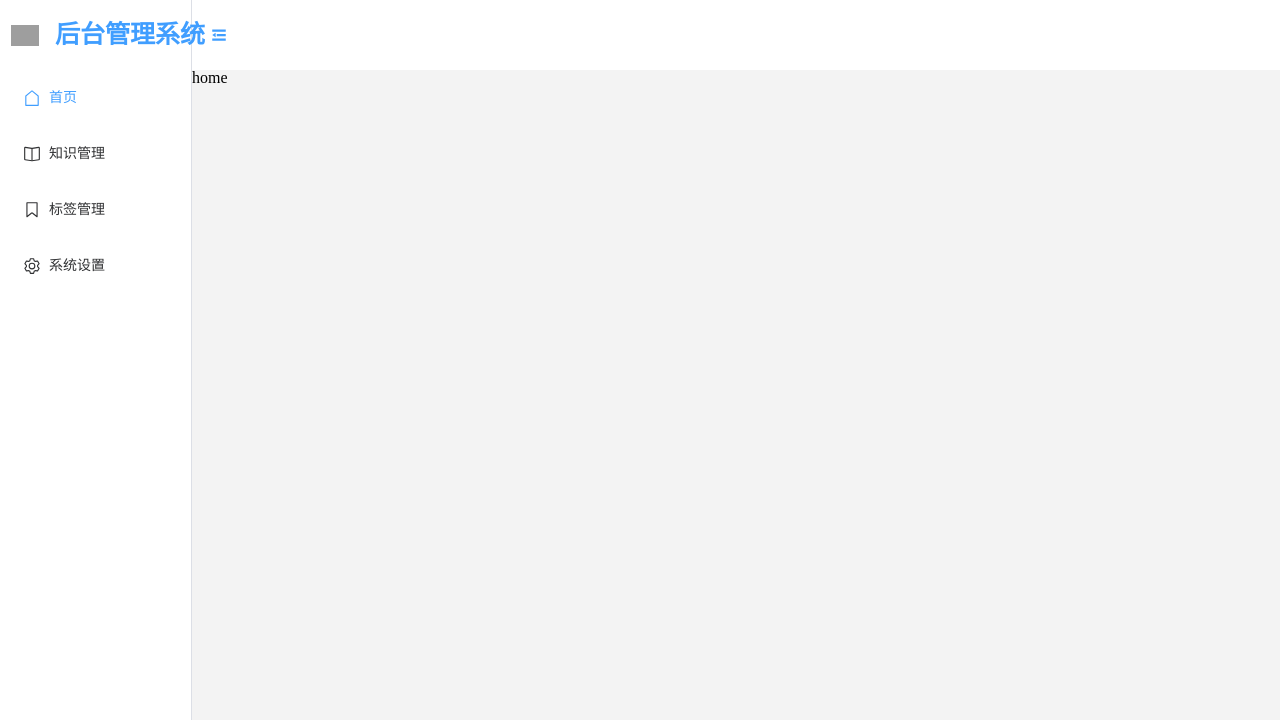
Repository: serrrN/admin
Page: /
An editor plug-in stored every save of this project. The page is shown before and after the next save, followed by the edit.
The browser window is 1280 px wide. The pictures show the whole page.
Pictures or frames that could not be fetched are drawn as grey boxes. The project was rebuilt for these pictures with package versions that can differ from the ones it lists, and the page was loaded fresh each time. Also part of the build but not shown: vite.config.ts, src/styles/index.scss.

Above is the page before, as saved 2024-06-05 17:22:13.

After the next save:
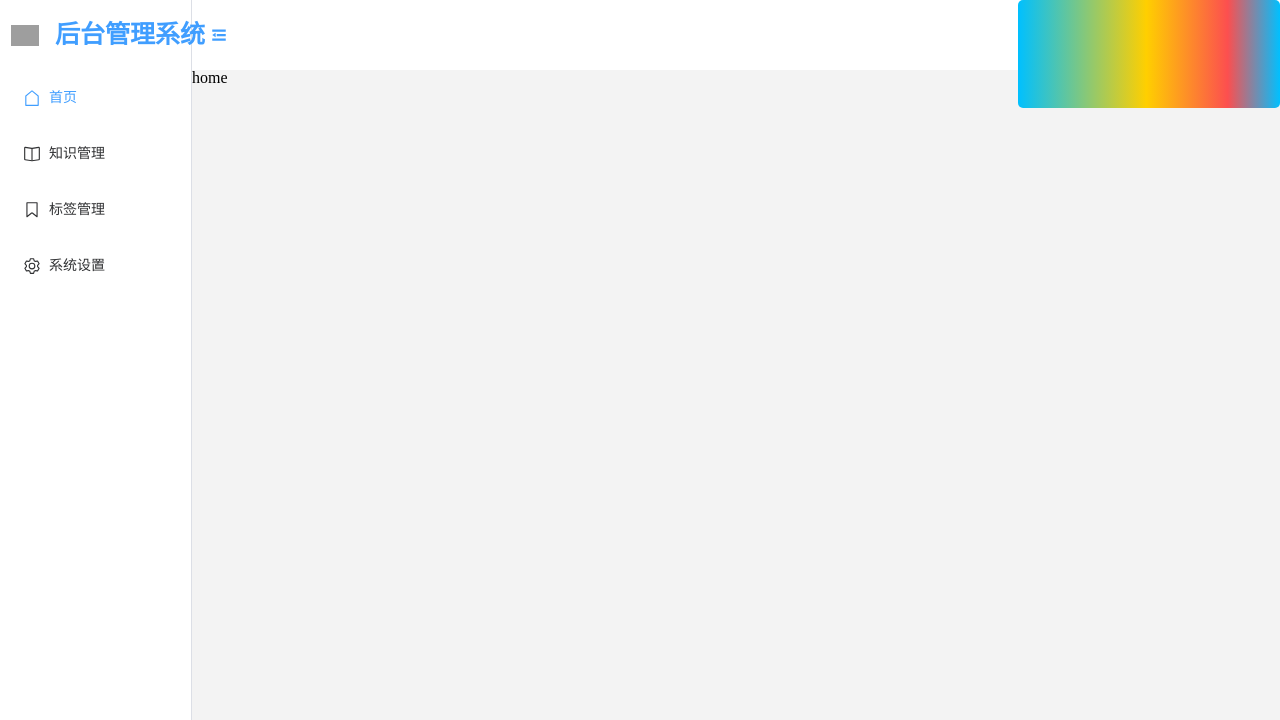
Saved 20 s later.
--- a/src/layout/header/menu/index.vue
+++ b/src/layout/header/menu/index.vue
@@ -4,7 +4,16 @@
 <script setup lang="ts"></script>
 <style lang="scss" scoped>
 .header-menu {
-
+  width:calc(20vw + 6px);
+  height:calc(8vw + 6px);
+  background-image: linear-gradient(90deg, #00C0FF 0%, #FFCF00 49%, #FC4F4F 80%, #00C0FF 100%);
+  border-radius:5px;
+  display:flex;
+  align-items:center;
+  justify-content:center;
+  text-transform:uppercase;
+  font-size:3vw;
+  font-weight:bold;
 }
 
 
